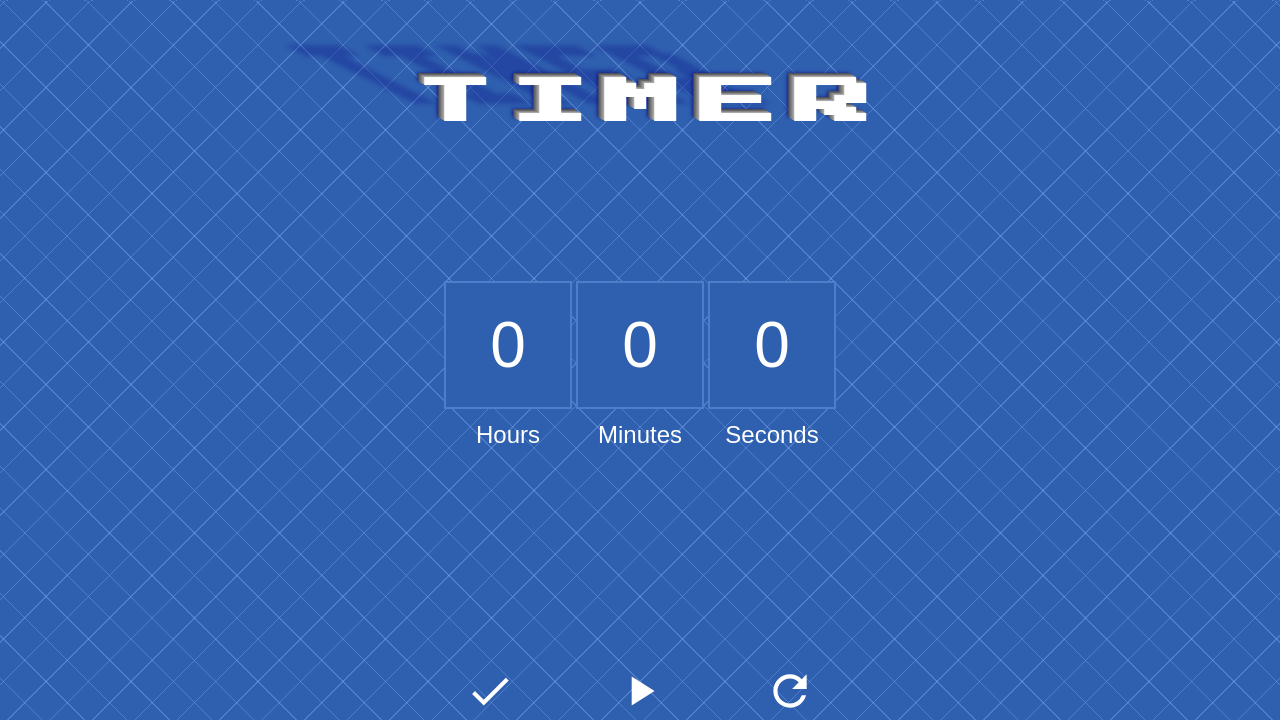
Repository: KrzysKolo/Projekt-12_Timer
Page: index.html
The author's editor kept a copy of each file at every save. The page is drawn from the files as they stood at one save, then again after the next save.
The browser window is 1280 px wide. The pictures show the whole page.
Some web fonts or font styles are not loaded; a fallback is used.

Above is the page before, as saved 2020-06-24 22:50:41.

### index.html
<!DOCTYPE html>
<html lang="en">
  <head>
    <meta charset="UTF-8" />
    <meta name="viewport" content="width=device-width, initial-scale=1.0" />
    <title>Taimer</title>
    <link
      href="https://fonts.googleapis.com/css2?family=Aldrich&family=Press+Start+2P&display=swap"
      rel="stylesheet"
    />

    <link rel="stylesheet" href="./css/style.css" />
  </head>
  <body>
    <main class="timer">
      <header class="timer__header">
        <h1 class="timer__heading" data-text="TIMER">
          Timer
        </h1>
      </header>
      <article class="timer__clock">
        <!-- input hours-->
        <section class="clock">
          <input
            type="number"
            name="hours"
            id="hours"
            value="0"
            min="0"
            max="99"
            class="clock__input"
            data-timer-input__hours
          />
          <label for="hours" class="clock__label">Hours</label>
        </section>
        <!-- input minutes-->
        <section class="clock">
          <input
            type="number"
            name="minutes"
            id="minutes"
            value="0"
            min="0"
            max="59"
            class="clock__input"
            data-timer-input__minutes
          />
          <label for="minutes" class="clock__label">Minutes</label>
        </section>
        <!-- input seconds -->
        <section class="clock">
          <input
            type="number"
            name="seconds"
            id="seconds"
            value="0"
            min="0"
            max="59"
            class="clock__input"
            data-timer-input__seconds
          />
          <label for="seconds" class="clock__label">Seconds</label>
        </section>
      </article>
      <article class="timer__buttons">
        <!-- button 1 -->
        <button class="button">
          <svg class="button__icon">
            <use xlink:href="./assets/icons/sprite.svg#done-24px"></use>
          </svg>
        </button>
        <!-- button 2 -->
        <button class="button">
          <svg class="button__icon">
            <use xlink:href="./assets/icons/sprite.svg#play_arrow-24px"></use>
          </svg>
        </button>
        <!-- button 3 -->
        <button class="button">
          <svg class="button__icon">
            <use xlink:href="./assets/icons/sprite.svg#refresh-24px"></use>
          </svg>
        </button>
        <!-- dźwięk -->
        <section class="timer__audio">
          <audio src="./assets/sounds/alarm.mp3" loop></audio>
          <button class="button">
            <svg class="button__icon button__icon--alarm hide">
              <use xlink:href="./assets/icons/sprite.svg#timer-24px"></use>
            </svg>
          </button>
        </section>
      </article>
    </main>
  </body>
</html>

### css/style.css
*,
*::before,
*::after {
  padding: 0;
  margin: 0;
  box-sizing: inherit;
  font-size: 16px;
}
body {
  box-sizing: border-box;
  color: #fff;
  font-family: "Aldrich", sans-serif;
  background-color: #2f5faf;
  background-position: 0 1px;

  background-image: -webkit-repeating-linear-gradient(
      deg,
      rgba(125, 170, 242, 0.4),
      rgba(125, 170, 242, 0.4) 1px,
      transparent 1px,
      transparent 30px
    ),
    -webkit-repeating-linear-gradient(90deg, rgba(125, 170, 242, 0.4), rgba(
            125,
            170,
            242,
            0.4
          )
          1px, transparent 1px, transparent 30px);
  background-image: repeating-linear-gradient(
      -45deg,
      rgba(125, 170, 242, 0.4),
      rgba(125, 170, 242, 0.4) 1px,
      transparent 1px,
      transparent 30px
    ),
    repeating-linear-gradient(
      45deg,
      rgba(125, 170, 242, 0.4),
      rgba(125, 170, 242, 0.4) 1px,
      transparent 1px,
      transparent 30px
    );
}
.timer {
  width: 100vw;
  height: 100vh;
  position: relative;

  display: flex;
  flex-direction: column;
  justify-content: space-between;
  align-items: flex-start;
  align-items: center;
}
.timer__header {
  padding: 1rem;
}

.timer__heading {
  font-family: "Press Start 2P", cursive;
  font-size: 4rem;
  text-transform: uppercase;
  position: relative;
  top: 50%;
  left: -25%;
  transform: calc(-50%, -50%);
  color: rgba(0, 0, 0, 0);

  transform: skew(63deg, 0deg);
  letter-spacing: 15px;
  text-shadow: 0 0 3px rgba(0, 0, 128, 0.25);
  z-index: 50;
}
.timer__heading::after {
  content: attr(data-text);
  font-family: "Press Start 2P", cursive;
  font-size: 5rem;
  position: absolute;
  top: 15px;
  left: 25px;
  color: rgba(255, 255, 255, 1);

  transform: skew(-63deg) scale(1, 0.6);

  text-shadow: -1px -1px 1px #aaa, -2px -2px 1px #999, -3px -3px 1px #888,
    -4px -4px 1px #777, -5px -5px 1px #666, -6px -6px 1px #555,
    -7px -7px 5px rgba(0, 0, 128, 0.75);
  z-index: 100;
}
.timer__clock {
  display: flex;
}
.timer__buttons {
  width: 450px;
  display: flex;
  justify-content: space-around;
  margin-top: 35px;
  position: relative;
}
.timer__audio {
  position: absolute;
  bottom: -100px;
}
.clock {
  display: flex;
  flex-direction: column;
  align-items: center;
}
.clock__input {
  background-color: #2f5faf;
  color: #fff;
  font-family: inherit;
  font-size: 4rem;
  width: 8rem;
  height: 8rem;
  text-align: center;
  border: 2px solid rgba(125, 170, 242, 0.4);
  margin: 2px;
}
.clock__input::-webkit-inner-spin-button {
  -webkit-appearance: none;
}
.clock__input:disabled {
  border: none;
}
.clock__label {
  font-size: 1.5rem;
  padding-top: 10px;
}
.button {
  background-color: transparent;
  border: none;
  cursor: pointer;
}
.button__icon {
  height: 50px;
  width: 50px;
  fill: #fff;
  transition: fill 0.1s ease-in;
}
.button__icon:hover {
  fill: yellow;
}
.button__icon--alarm {
  fill: #c93030;
  animation: shake 0.1s ease-in infinite;
}
.hide {
  display: none;
}
@keyframes shake {
  25% {
    transform: translateX(-1px);
  }
  75% {
    transform: translateX(1px);
  }
}

After the next save:
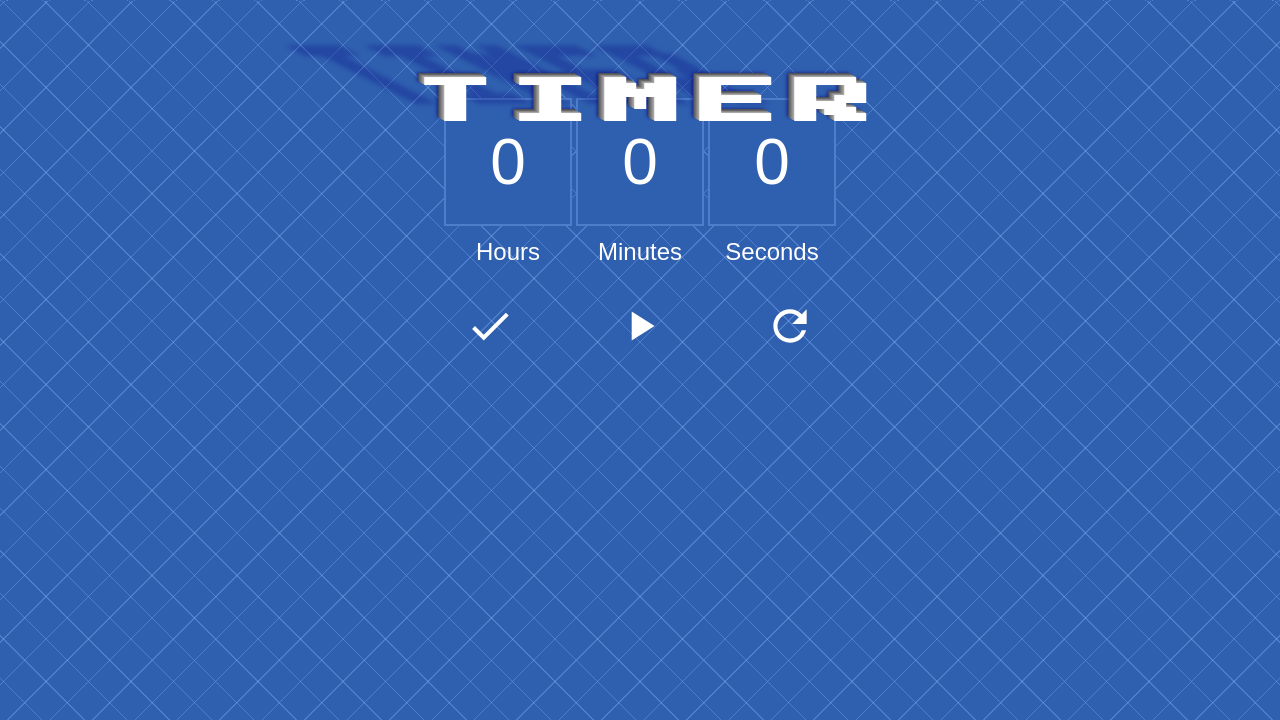
Saved 20 s later.
--- a/css/style.css
+++ b/css/style.css
@@ -49,7 +49,7 @@ body {
 
   display: flex;
   flex-direction: column;
-  justify-content: space-between;
+  justify-content: flex-start;
   align-items: flex-start;
   align-items: center;
 }
